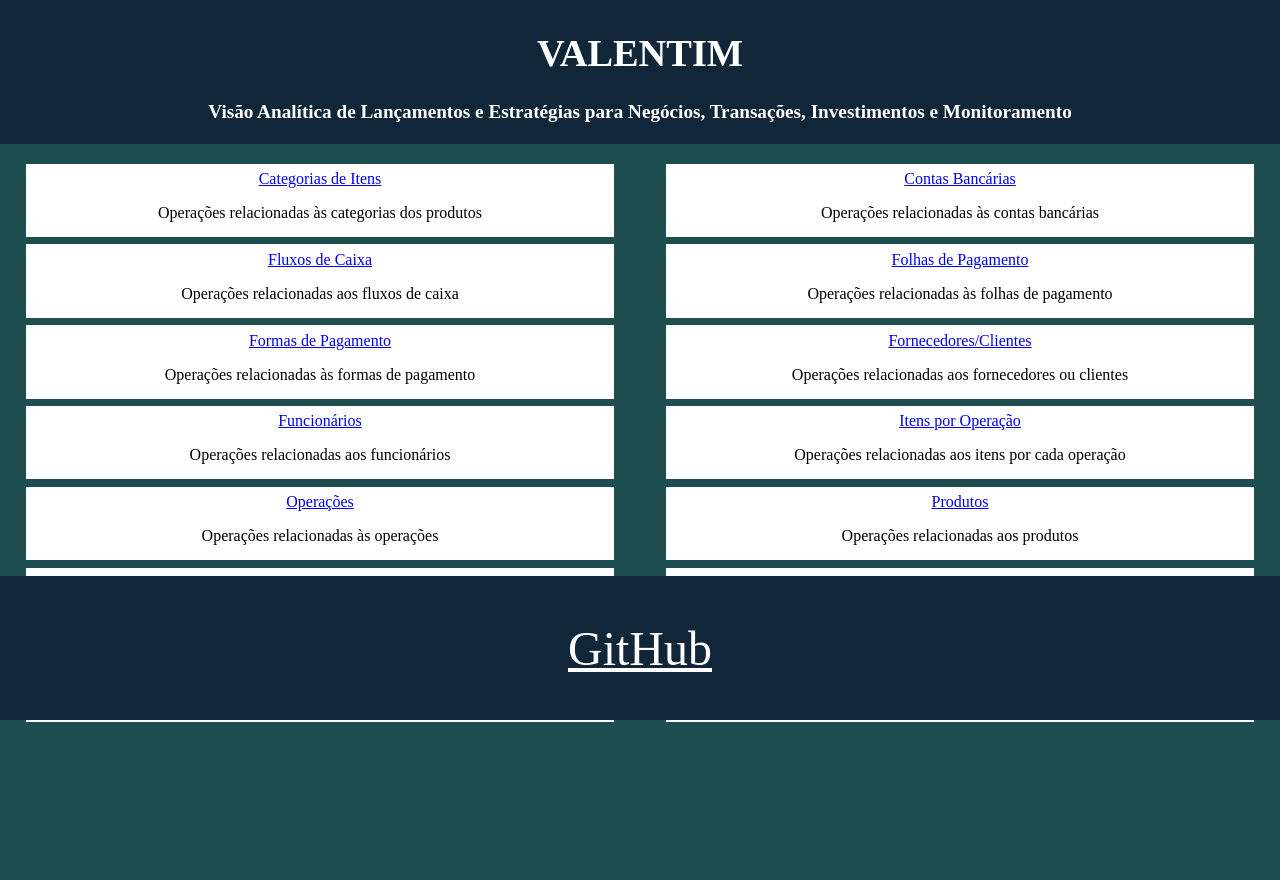
Repository: Matheus-Lacerda009/ERP-Financeiro
Page: Front/menu/menu.html
The author's editor kept a copy of each file at every save. The page is drawn from the files as they stood at one save, then again after a run of saves.
The browser window is 1280 px wide. The pictures show the whole page.

Above is the page before, as saved 2026-07-13 18:59:54.

### Front/menu/menu.html
<!DOCTYPE html>
<html lang="en">
<head>
    <meta charset="UTF-8">
    <meta name="viewport" content="wclassth=device-wclassth, initial-scale=1.0">
    <link rel="stylesheet" href="menu.css">
    <title>Document</title>
</head>
<body>
    <header>
        <h1>VALENTIM</h1>
        <h2>Visão Analítica de Lançamentos e Estratégias para Negócios, Transações, Investimentos e Monitoramento</h2>
    </header>
    <main>
        <div id="espaço"></div>
        <div class="container">
            <div class="divEntidades">
                <a href="../categoria_item/categoria_item.html">Categorias de Itens</a>
                <p>Operações relacionadas às categorias dos produtos</p>
            </div>
            <div class="divEntidades">
                <a href="../conta_bancaria/conta_bancaria.html">Contas Bancárias</a>
                <p>Operações relacionadas às contas bancárias</p>
            </div>
            <div class="divEntidades">
                <a href="../fluxo_caixa/fluxo_caixa.html">Fluxos de Caixa</a>
                <p>Operações relacionadas aos fluxos de caixa</p>
            </div>
            <div class="divEntidades">
                <a href="../folha_pagamento/folha_pagamento.html">Folhas de Pagamento</a>
                <p>Operações relacionadas às folhas de pagamento</p>
            </div>
            <div class="divEntidades">
                <a href="../forma_pagamento/forma_pagamento.html">Formas de Pagamento</a>
                <p>Operações relacionadas às formas de pagamento</p>
            </div>
            <div class="divEntidades">
                <a href="../fornecedor_cliente/fornecedor_cliente.html">Fornecedores/Clientes</a>
                <p>Operações relacionadas aos fornecedores ou clientes</p>
            </div>
            <div class="divEntidades">
                <a href="../funcionario/funcionario.html">Funcionários</a>
                <p>Operações relacionadas aos funcionários</p>
            </div>
            <div class="divEntidades">
                <a href="../itens_operacao/itens_operacao.html">Itens por Operação</a>
                <p>Operações relacionadas aos itens por cada operação</p>
            </div>
            <div class="divEntidades">
                <a href="../operacao/operacao.html">Operações</a>
                <p>Operações relacionadas às operações</p>
            </div>
            <div class="divEntidades">
                <a href="../produtos/produtos.html">Produtos</a>
                <p>Operações relacionadas aos produtos</p>
            </div>
            <div class="divEntidades">
                <a href="../saldoAtual/saldoAtual.html">Saldo Atual</a>
                <p>Operações relacionadas ao saldo atual</p>
            </div>
            <div class="divEntidades">
                <a href="../valor_pVenda/valor_pVenda.html">Valores por operação</a>
                <p>Operações relacionadas aos valores por cada operação</p>
            </div>
            <div class="divEntidades">
                <a href="../valor_salario/valor_salario.html">Salários</a>
                <p>Operações relacionadas aos salários</p>
            </div>
            <div class="divEntidades">
                <a href="../notaFiscal/nota_fiscal.html">Notas Fiscais</a>
                <p>Operações relacionadas às notas fiscais</p>
            </div>
        </div>
    </main>
    <footer>
        <a href="https://github.com/Matheus-Lacerda009/ERP-Financeiro.git" id="github">GitHub</a>
    </footer>
</body>
</html>

### Front/menu/menu.css
header{
    position: fixed;
    top: 0;
    left: 0;
    width: 100%;
    height: 20%;
    background-color: #12263A;
    z-index: 1;
    text-align: center;
    align-content: center;
}

footer{
    position: fixed;
    bottom: 0;
    left: 0;
    width: 100%;
    height: 20%;
    background-color: #12263A;
    text-align: center;
    align-content: center;
}

#github{
    color: white;
    font-size: 300%;
}

header, h1{
    font-size: 300%;
    color: white;
    font-size: 3vw;
}

header, h2{
    color: white;
    font-size: 1.5vw;
}

body{
    margin: 0;
    padding: 0;
    background-color: #1f4e50;
}

.container{
    margin-top: 12.5%;
    height: 100vh;
    width: 100%;
    box-sizing: border-box;
    display: grid;
    grid-template-columns: repeat(2, 7fr);
    align-content: start;
}

.divEntidades{
    height: 75%;
    width: 90%;
    background-color: white;
    text-align: center;
    padding: 1%;
    margin: auto;
}

After the next 2 saves:
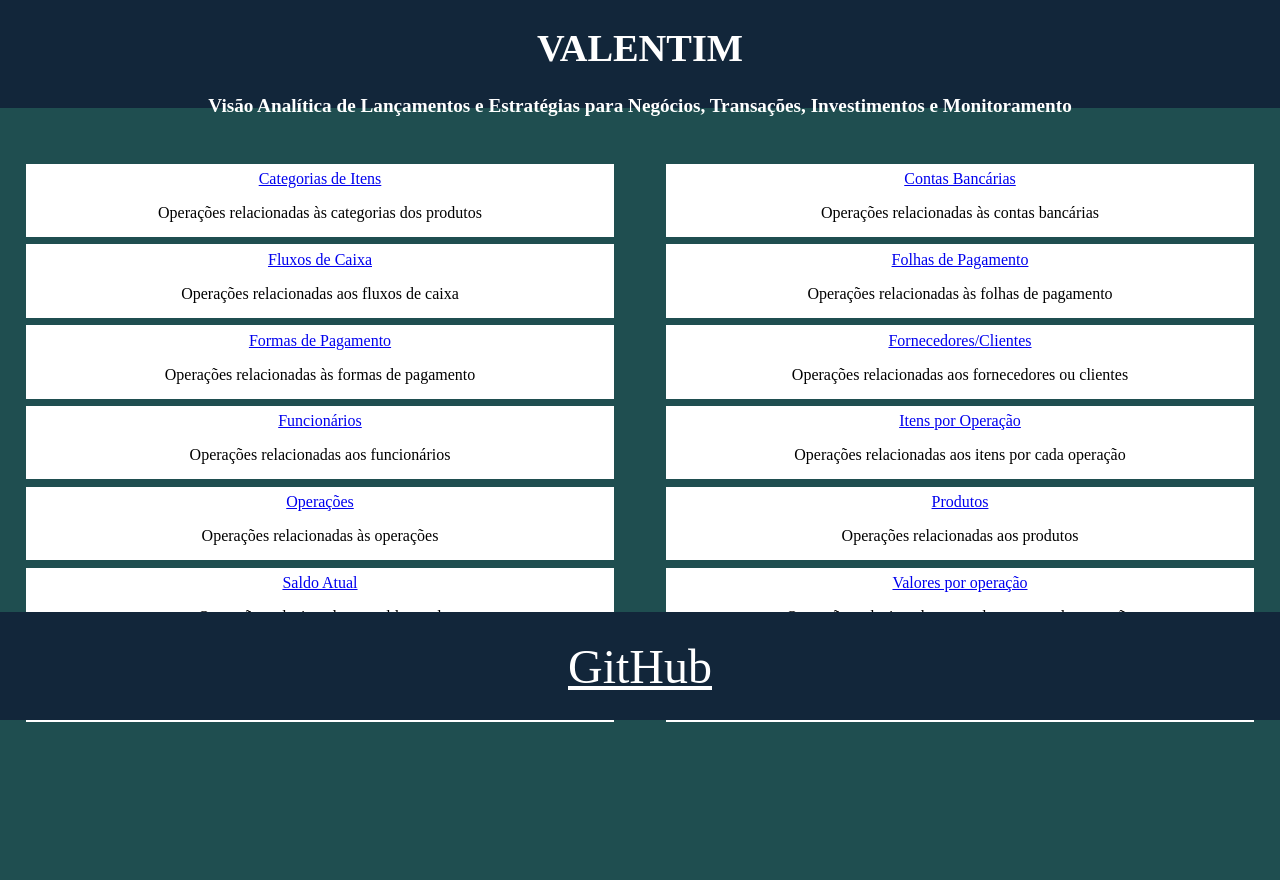
The 2 saves are shown as one change because they came seconds apart.
The last was saved 26 s later.
--- a/Front/menu/menu.css
+++ b/Front/menu/menu.css
@@ -3,7 +3,7 @@
     top: 0;
     left: 0;
     width: 100%;
-    height: 20%;
+    height: 15%;
     background-color: #12263A;
     z-index: 1;
     text-align: center;
@@ -15,7 +15,7 @@
     bottom: 0;
     left: 0;
     width: 100%;
-    height: 20%;
+    height: 15%;
     background-color: #12263A;
     text-align: center;
     align-content: center;

After the 5 saves that followed:
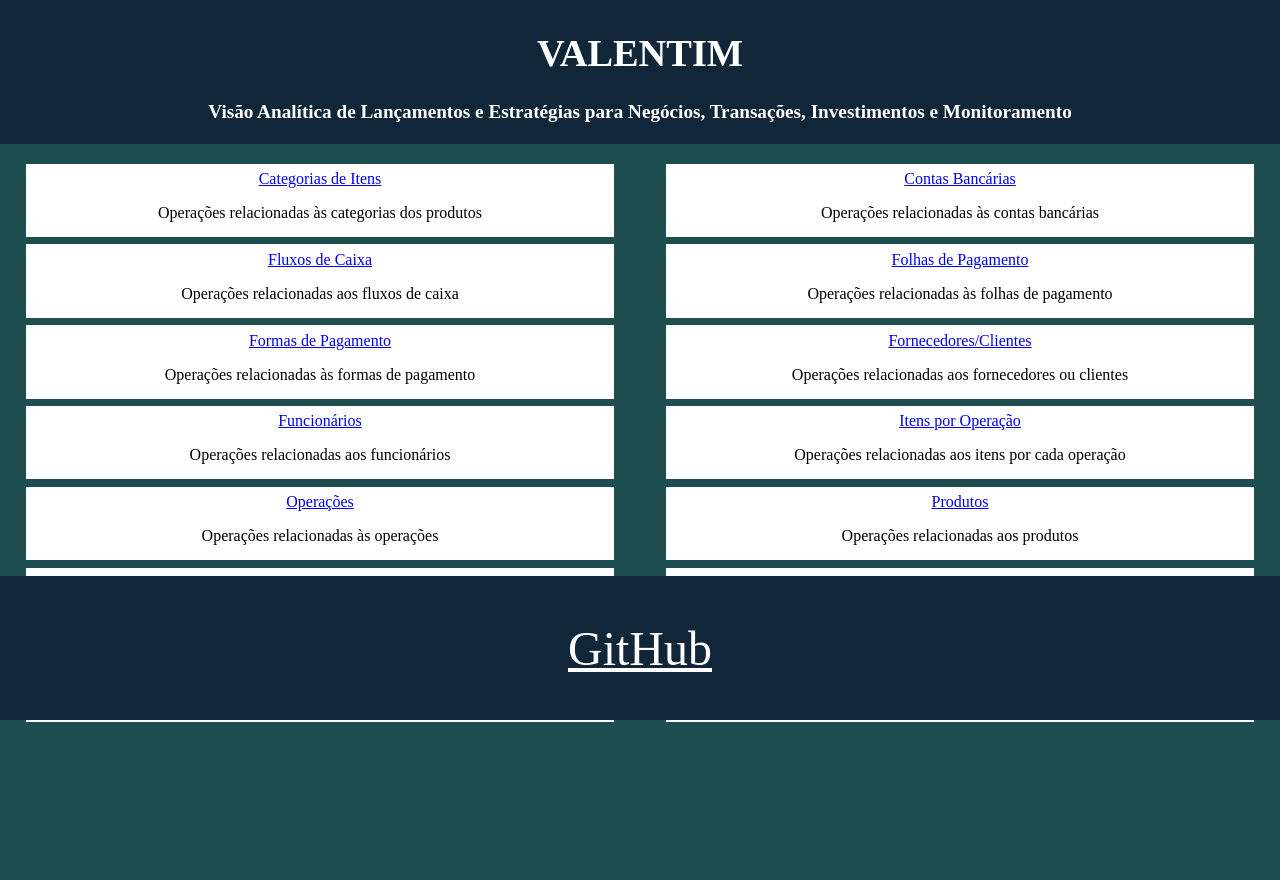
The 5 saves are shown as one change because 2 left the picture as it was and some came seconds apart.
The last was saved 58 s later.
--- a/Front/menu/menu.css
+++ b/Front/menu/menu.css
@@ -1,9 +1,12 @@
+body{
+    overflow: hidden;
+}
 header{
     position: fixed;
     top: 0;
     left: 0;
     width: 100%;
-    height: 15%;
+    height: 20%;
     background-color: #12263A;
     z-index: 1;
     text-align: center;
@@ -15,7 +18,7 @@
     bottom: 0;
     left: 0;
     width: 100%;
-    height: 15%;
+    height: 20%;
     background-color: #12263A;
     text-align: center;
     align-content: center;
